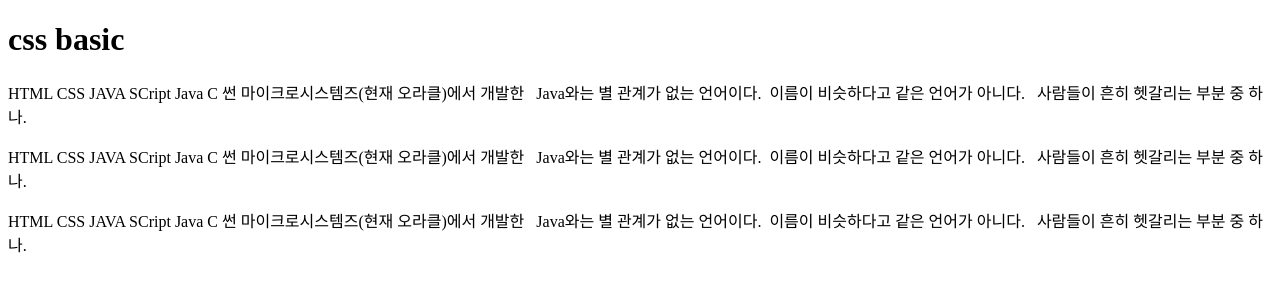
Repository: ssleap/multicampusIoT
Page: workspace190520/edu2/WebContent/test01.html
The author's editor kept a copy of each file at every save. The page is drawn from the files as they stood at one save, then again after the next save.
The browser window is 1280 px wide. The pictures show the whole page.

Above is the page before, as saved 2019-05-22 05:34:45.

### workspace190520/edu2/WebContent/test01.html
<!DOCTYPE html>
<html>
<head>
<style>

	h1{

		background-color: "red"

	}

</style>
<meta charset="UTF-8">
<meta name = "viewport" content ="width=device-width, initial-scale=1">
<title>css 기본</title>
</head>
<body>

	<h1>css basic</h1>
	<p>HTML CSS JAVA
	SCript
	Java
	C
	썬 마이크로시스템즈(현재 오라클)에서 개발한 &nbsp;
	Java와는 별 관계가 없는 언어이다.&nbsp;
	 이름이 비슷하다고 같은 언어가 아니다. &nbsp;
	 사람들이 흔히 헷갈리는 부분 중 하나. &nbsp;
	</p>
	<p>HTML CSS JAVA
	SCript
	Java
	C
	썬 마이크로시스템즈(현재 오라클)에서 개발한 &nbsp;
	Java와는 별 관계가 없는 언어이다.&nbsp;
	 이름이 비슷하다고 같은 언어가 아니다. &nbsp;
	 사람들이 흔히 헷갈리는 부분 중 하나. &nbsp;
	</p>
	<p>HTML CSS JAVA
	SCript
	Java
	C
	썬 마이크로시스템즈(현재 오라클)에서 개발한 &nbsp;
	Java와는 별 관계가 없는 언어이다.&nbsp;
	 이름이 비슷하다고 같은 언어가 아니다. &nbsp;
	 사람들이 흔히 헷갈리는 부분 중 하나. &nbsp;
	</p>

</body>
</html>

After the next save:
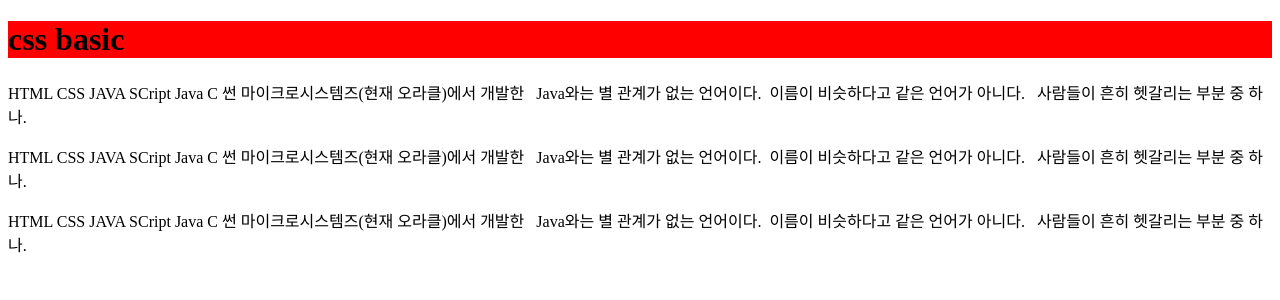
Saved 23 s later.
--- a/workspace190520/edu2/WebContent/test01.html
+++ b/workspace190520/edu2/WebContent/test01.html
@@ -5,7 +5,7 @@
 
 	h1{
 
-		background-color: "red"
+		background-color: red;
 
 	}
 
